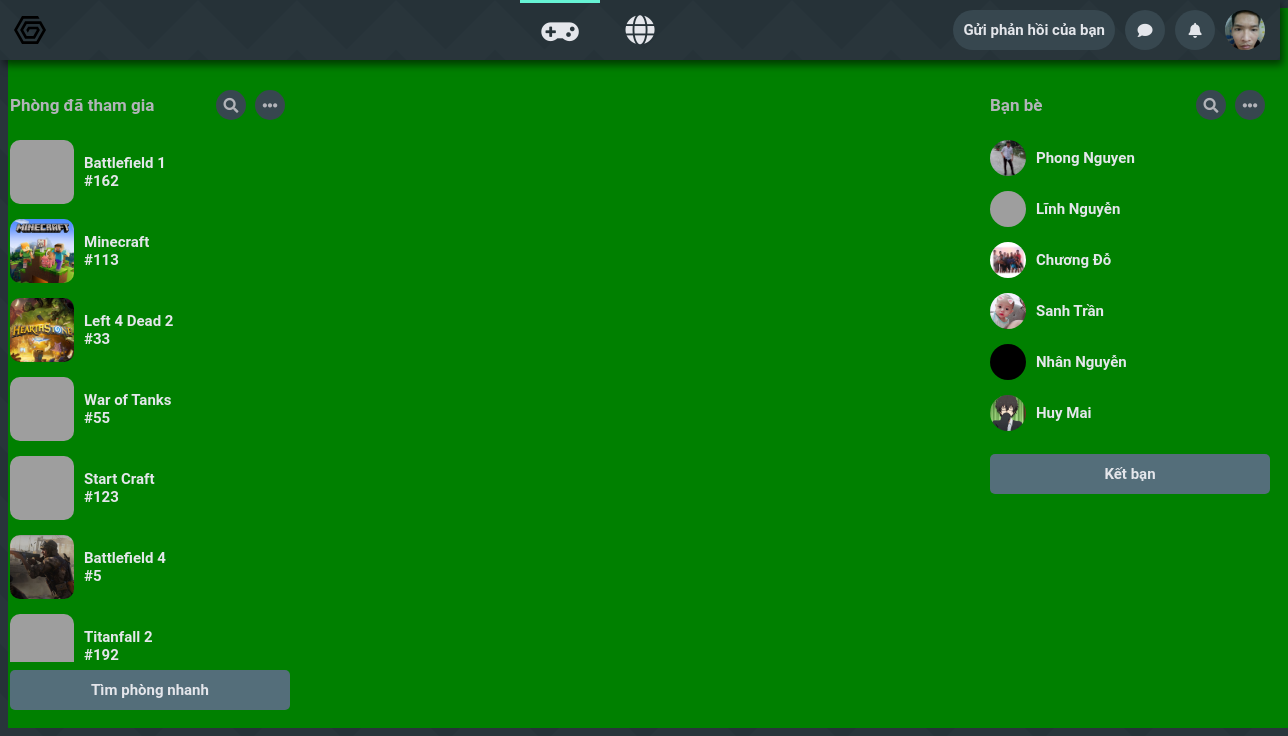
Repository: GammingCommnunity/docs
Page: web-layout/v3/html/index.html
The author's editor kept a copy of each file at every save. The page is drawn from the files as they stood at one save, then again after the next save.
The browser window is 1280 px wide. The page is 1288 px wide, then 1280 px, so the pictures cover 1288 px, including what lies to the right of the window. The pictures show the whole page.
Pictures or frames that could not be fetched are drawn as grey boxes.

Above is the page before, as saved 2020-03-13 19:06:46.

After the next save:
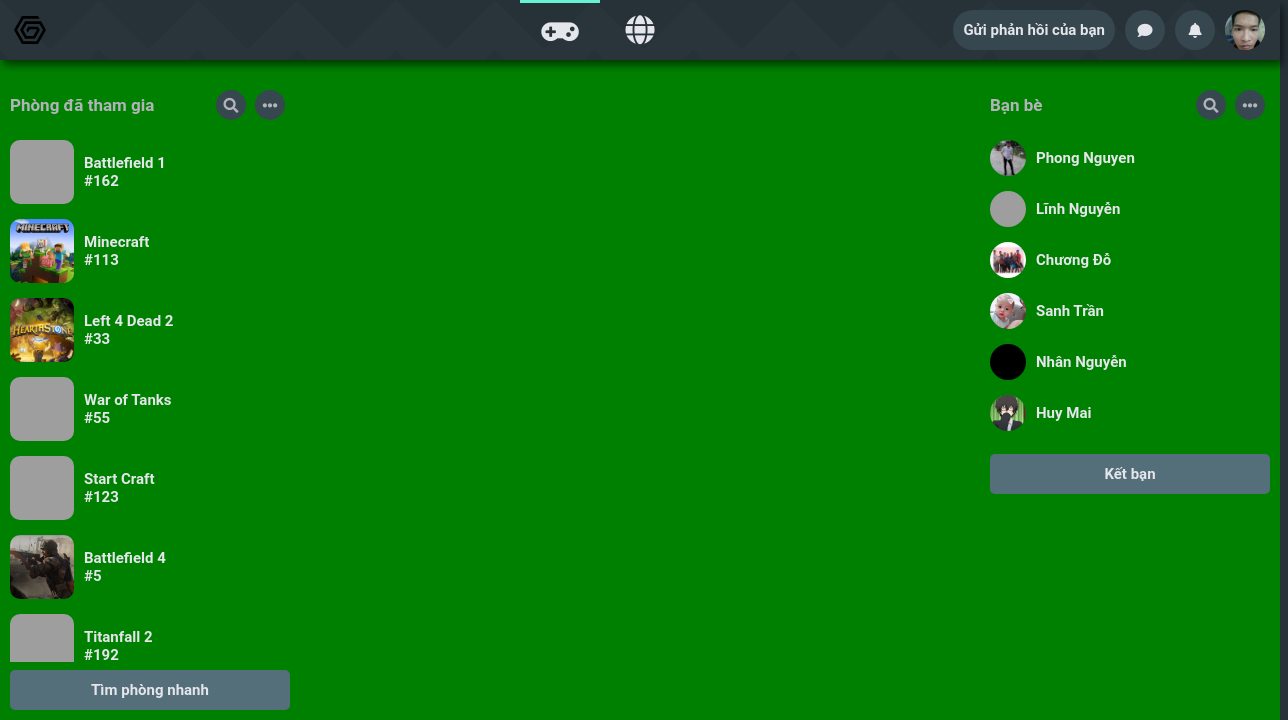
Saved 50 s later.
--- a/web-layout/v3/html/index.html
+++ b/web-layout/v3/html/index.html
@@ -346,6 +346,11 @@
 
 	<!-- gc styles -->
 	<style>
+		html * {
+			margin: 0;
+			padding: 0;
+		}
+
 		body {
 			font-family: Roboto, Arial, sans-serif;
 			box-sizing: border-box;
@@ -357,8 +362,6 @@
 			box-sizing: inherit;
 			font-size: inherit;
 			color: inherit;
-			margin: 0;
-			padding: 0;
 		}
 
 		::-webkit-scrollbar {
@@ -605,7 +608,7 @@
 		}
 
 		/* article */
-		article{
+		article {
 			position: relative;
 
 			width: 100%;
